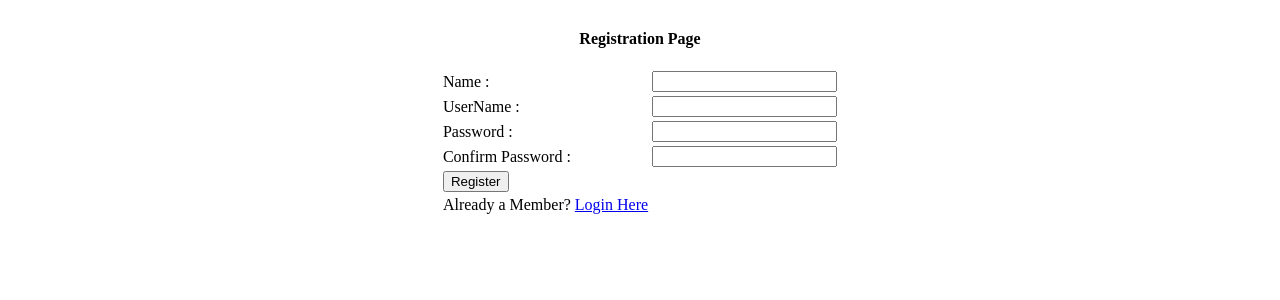
Repository: ShegokarSneha/Login-Registration
Page: http://localhost/LoginRegistration/Register.jsp
These files come from the project's save history. The page is drawn as it stood at one moment and after the next save; the edit follows.
The browser window is 1280 px wide. The pictures show the whole page.
The page is served by Tomcat 9. Nobody is signed in. The application's start-up code is not run. Other server files are loaded and not shown.

Above is the page before, as saved 2019-07-09 08:48:29.

### LoginRegistration/WebContent/Register.jsp
<%@ page language="java" contentType="text/html; charset=UTF-8"
	pageEncoding="UTF-8"%>
<!DOCTYPE html>
<html>
<head>
<meta charset="UTF-8">
<title>Insert title here</title>
</head>
<body>

		<form action="Registration" method = "post">
			<table align = "center">
			<tr>
			<th colspan="2" style = "padding:20px">Registration Page</th>
			</tr>
				<tr>
					<td>Name :</td>
					<td><input type="text" name="name"></td>
				<tr>
					<td>UserName :</td>
					<td><input type="text" name="username"></td>
				<tr>
					<td>Password :</td>
					<td><input type="password" name="password"></td>
				<tr>
					<td>Confirm Password :</td>
					<td><input type="password" name="confirmpassword"></td>
				<tr>
					<td><input type="Submit" name="Submit" value="Register"></td>
					</tr>
					<tr>
						<td>Already a Member? <a href="Login.jsp">Login Here</a></td>
						</tr>
			</table>
		</form>
</body>
</html>

After the next save:
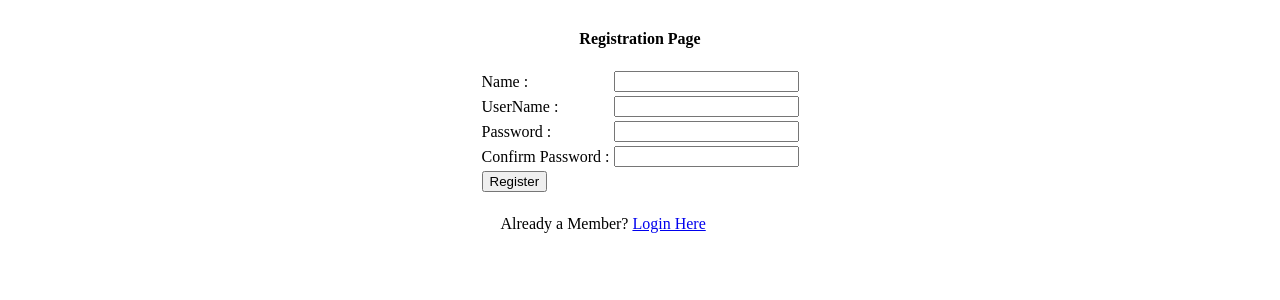
Saved 10 s later.
--- a/LoginRegistration/WebContent/Register.jsp
+++ b/LoginRegistration/WebContent/Register.jsp
@@ -29,7 +29,7 @@
 					<td><input type="Submit" name="Submit" value="Register"></td>
 					</tr>
 					<tr>
-						<td>Already a Member? <a href="Login.jsp">Login Here</a></td>
+						<td colspan="2" style = "padding:20px;">Already a Member? <a href="Login.jsp">Login Here</a></td>
 						</tr>
 			</table>
 		</form>
